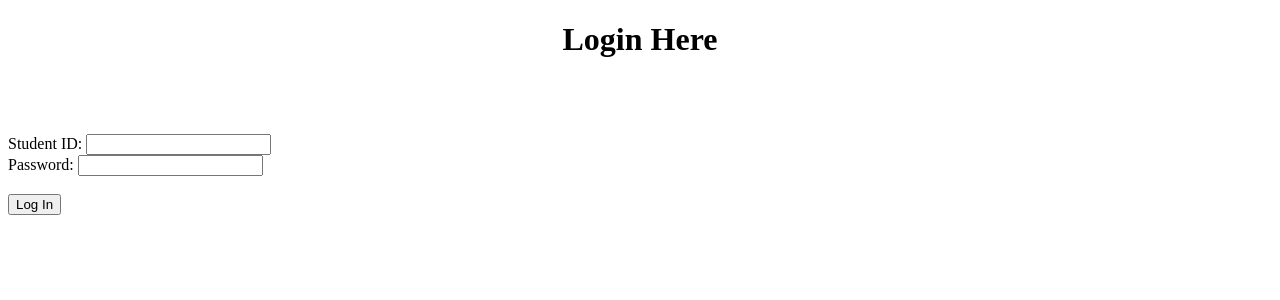
Repository: weshayutin/java258Online
Page: http://localhost/Week5Assignment/login.jsp
An editor plug-in stored every save of this project. The page is shown before and after the next save, followed by the edit.
The browser window is 1280 px wide. The pictures show the whole page.
The page is served by Tomcat 9.

Above is the page before, as saved 2011-02-09 03:22:47.

After the next save:
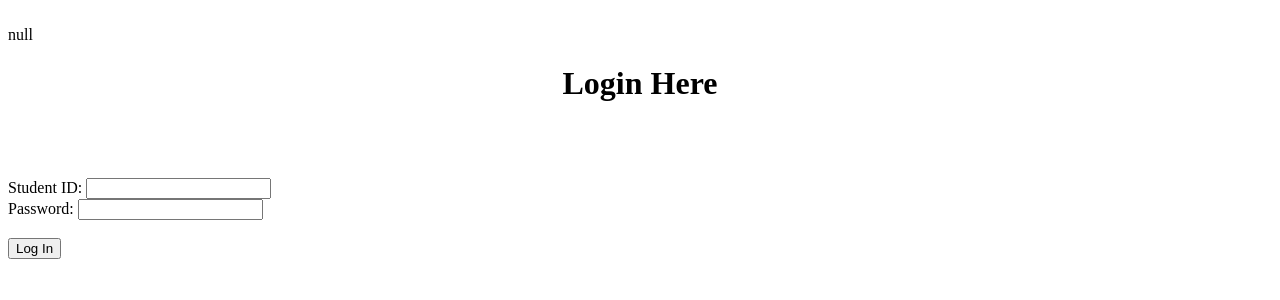
Saved 26 s later.
--- a/workspace/Week5Assignment/WebContent/login.jsp
+++ b/workspace/Week5Assignment/WebContent/login.jsp
@@ -8,7 +8,8 @@
 </head>
 <body>
 <%
-  String message = (String)request.getAttribute("message");
+	String message = (String)request.getAttribute("message");
+	out.println("<br>"+message+"<br>");
   //out.println("<TR><TD>" + headerName);
   //out.println("    <TD>" + request.getHeader(headerName));
 

After the 3 saves that followed:
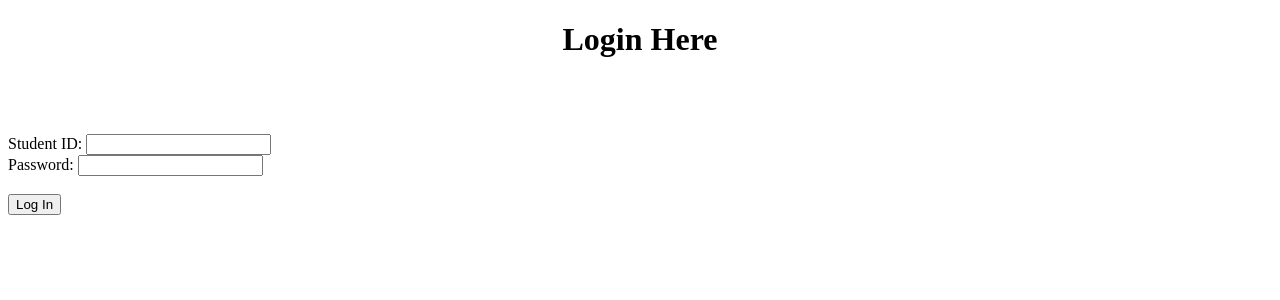
The 3 saves are shown as one change because 1 did not build or start and 1 left the picture as it was.
The last was saved 83 s later.
--- a/workspace/Week5Assignment/WebContent/login.jsp
+++ b/workspace/Week5Assignment/WebContent/login.jsp
@@ -9,7 +9,11 @@
 <body>
 <%
 	String message = (String)request.getAttribute("message");
-	out.println("<br>"+message+"<br>");
+    if(message == null){
+    }
+    else{
+		out.println("<br>"+message+"<br>");
+    }
   //out.println("<TR><TD>" + headerName);
   //out.println("    <TD>" + request.getHeader(headerName));
 
